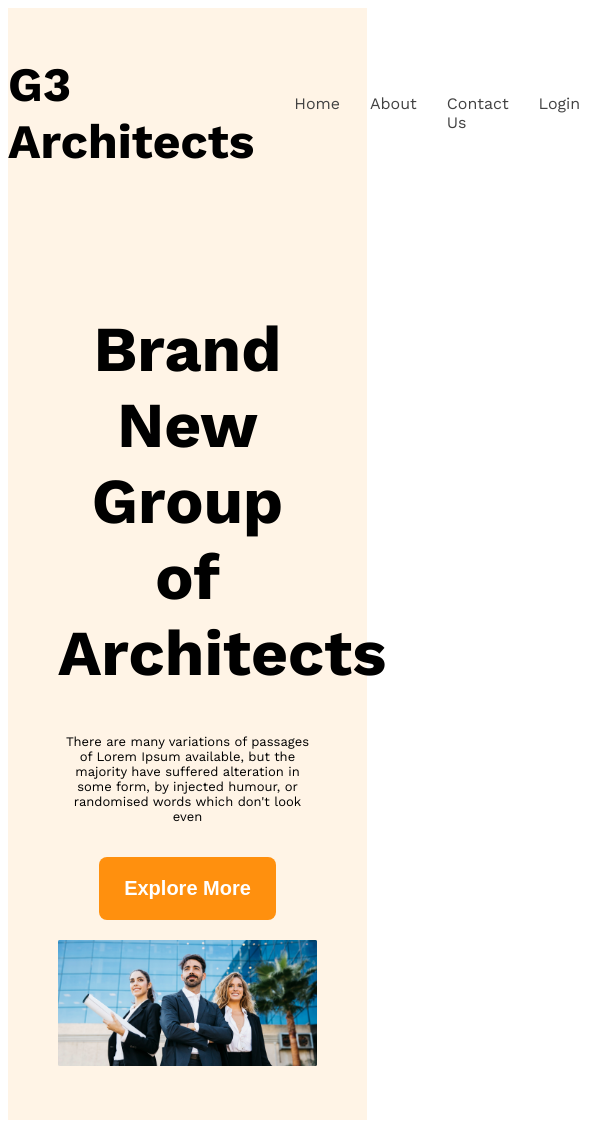
Repository: dollyrakhe22/g3-architects-website
Page: index.html
An editor plug-in stored every save of this project. The page is shown before and after the next save, followed by the edit.
The browser window is 375 px wide. The page is 610 px wide, then 386 px, so the pictures cover 610 px, including what lies to the right of the window. The pictures show the whole page.

Above is the page before, as saved 2025-07-20 17:22:43.

### index.html
<!DOCTYPE html>
<html lang="en">
<head>
    <meta charset="UTF-8">
    <meta name="viewport" content="width=device-width, initial-scale=1.0">
    <title>Architects Website</title>
    <link rel="stylesheet" href="style.css">
</head>
<body class="work-sans-font">
   <header>
     <header class="bg-light">
           <nav class="navbar  display-flex">
             <h3 class="brand">G3 Architects</h3>
             <ul class="nav-links display-flex">
              <li class="nav-item"><a href="" class="nav-link text-gray ">Home</a></li>
              <li class="nav-item"><a href="" class="nav-link text-gray ">About</a></li>
              <li class="nav-item"><a href="" class="nav-link text-gray ">Contact Us</a></li>
              <li class="nav-item"><a href="" class="nav-link text-gray ">Login</a></li>
             </ul>
           </nav>
           <div class="banner">
          <div class="banner-content">
              <h1 class="banner-title">Brand New Group of Architects </h1>
              <p class="banner-description">There are many variations of passages of Lorem Ipsum available, but the majority have suffered alteration in some form, by injected humour,
              or randomised words which don't look even</p>
            <button class="btn-primary">Explore More</button>
          </div>
            <img class="banner-img" src="images/banner.png" alt="" srcset="">
           </div>
    </header>
   </header>


   <main>
   </main>
    <footer>

    </footer>
</body>
</html>

### style.css
@import url('https://fonts.googleapis.com/css2?family=Work+Sans:ital,wght@0,100..900;1,100..900&display=swap');

.work-sans-font {
  font-family: "Work Sans", sans-serif;
  font-optical-sizing: auto;
  font-weight: 400px;
  font-style: normal;
}
/*shared styles*/
.display-flex{
  display: flex;
}
/*dark 02*/
.text-gray{
  color: #424242;
}
/*dark 03*/
.text-light-gray{
  color:#727272;
}
.navbar{
  justify-content: space-between;
  align-items: center;
}
.bg-light{
  background-color: rgba(255, 144, 14, 0.1);
}
.brand{
  font-weight: 700;
  font-size: 3rem;
}
/*header styles*/


/*navbar related styles*/
.navbar{
  display: flex;
}
.nav-item{
  list-style: none;
  margin-right: 30px;
}
.nav-link{
  text-decoration: none;
  font-size: 500;
}
.navbar,.banner {
  max-width: 1200px;
  margin: 0 auto;

}


/*banner related styles*/
.banner-content{
  max-width: 800px;
  margin: 0 auto;
  text-align: center;
  margin-bottom: 20px;

}
.banner{
  padding: 50px;

}
.banner-img{
  width: 100%;
}
.banner-title{
  font-weight: 700;
  font-size: 4rem;
}
.banner-description{
  font-size: 13px;


}
.btn-primary{
  background-color: #FF900E;
  color: white;
  padding: 20px 25px;
  font-size: 1.25rem;
  font-weight: 600;
  border:none;
  border-radius: 8px;
  margin-top: 20px;
  margin-top: 20px;

}

After the next save:
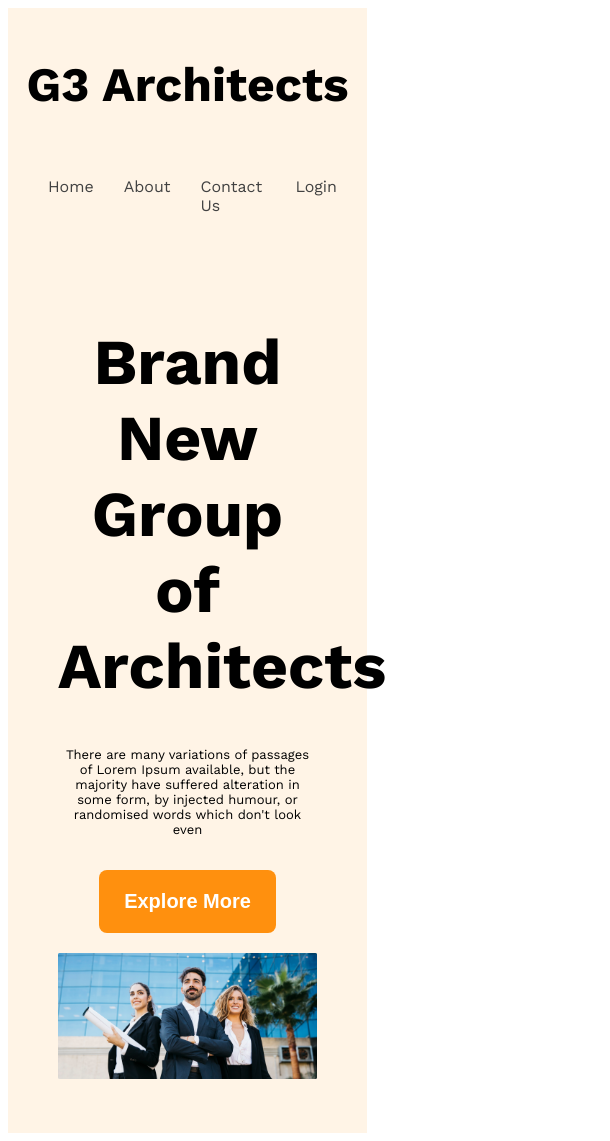
Saved 17 min 26 s later.
--- a/style.css
+++ b/style.css
@@ -87,3 +87,9 @@
   margin-top: 20px;
 
 }
+/*responsive media query*/
+@media screen and (max-width: 576px){
+  .navbar, .nav-link{
+    flex-direction: column;
+  }
+}
